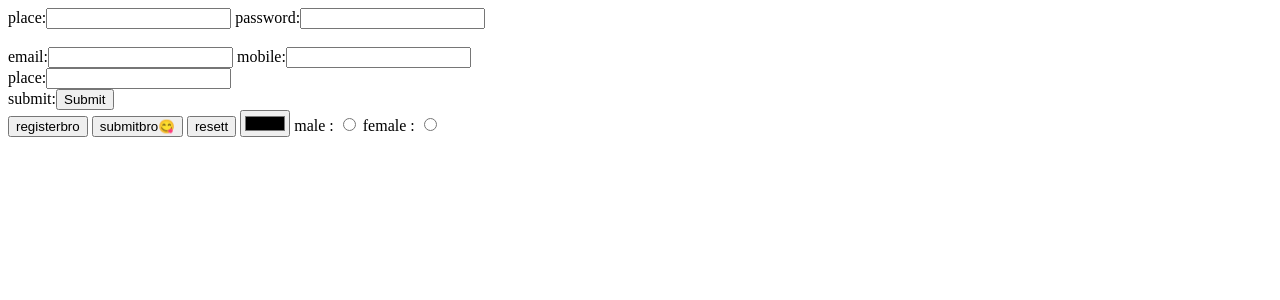
Repository: viveknaidu007/repo-113-HTML
Page: 9.html
An editor plug-in stored every save of this project. The page is shown before and after the next save, followed by the edit.
The browser window is 1280 px wide. The pictures show the whole page.

Above is the page before, as saved 2024-06-14 22:50:28.

### 9.html
<!DOCTYPE html>
<html>
    <head>
        <title> forms demo</title>
    </head>

    <body>
        <form action="response.html">
            place:<input type="text">
            password:<input type="password"> <br> <br>
            email:<input type="email">
            mobile:<input type="tel"> <br>
            place:<input type="number"> <br>
            submit:<input type="submit"> <br>
            <input type="submit" value="registerbro">
            <input type="submit" value="submitbro😋">
            <input type="reset" value="resett">
            <input type="color">
            <input type="hidden">
            male : <input type="radio" name="gender">
            female : <input type="radio" name="gender">
        </form>
    </body>
</html>

After the next save:
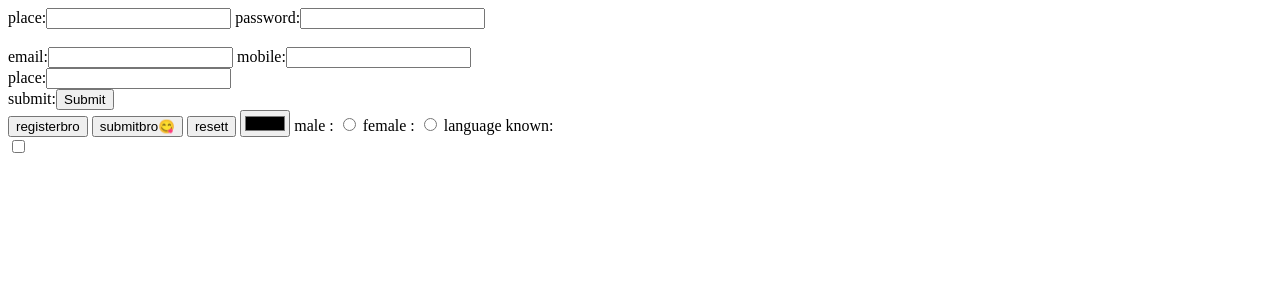
Saved 97 s later.
--- a/9.html
+++ b/9.html
@@ -19,6 +19,8 @@
             <input type="hidden">
             male : <input type="radio" name="gender">
             female : <input type="radio" name="gender">
+            language known: <br>
+            <input type="checkbox">
         </form>
     </body>
 </html>
